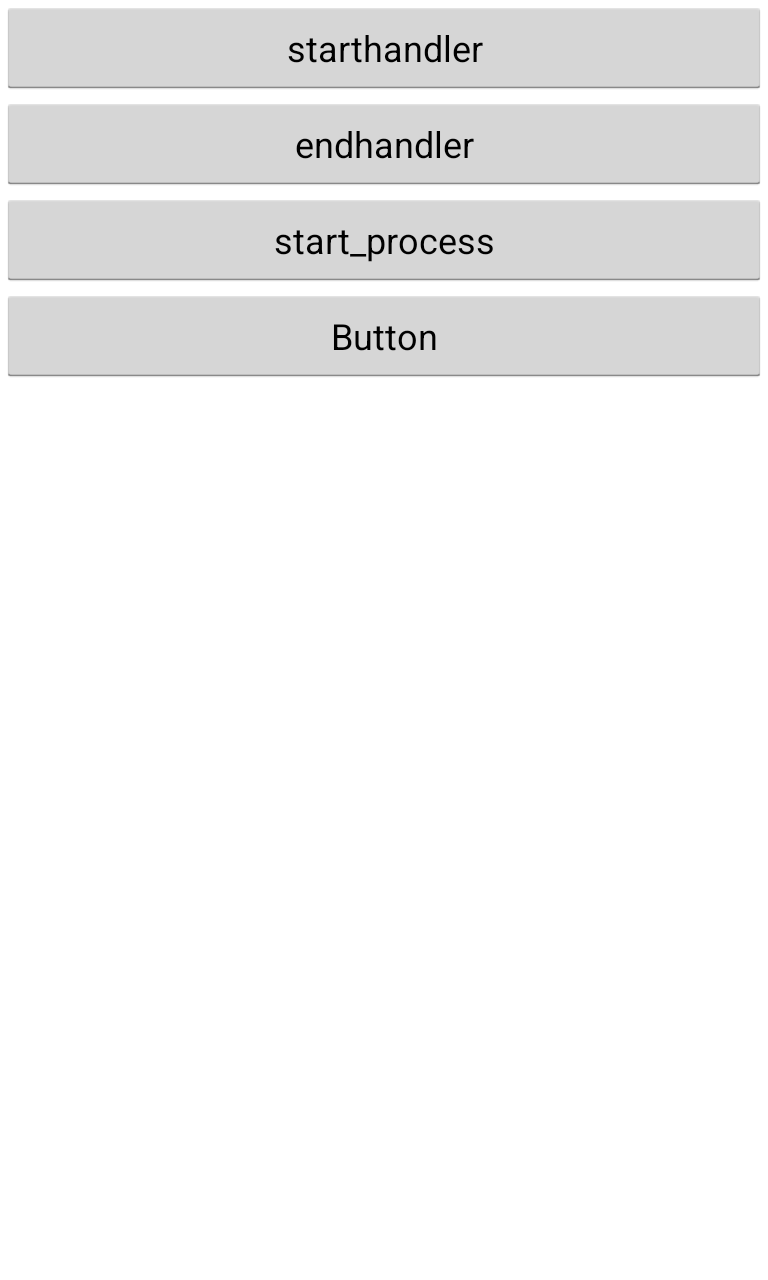
Repository: fengzixu/AndroidLearing
Layout: MyTestPrograme/AndroidDemo/res/layout/layout_newhandler.xml
The author's editor kept a copy of each file at every save. The layout is drawn from the files as they stood at one save, then again after the next save.
It is drawn on a 768 x 1280 px phone screen (xhdpi) without system bars, with theme AppTheme; the app's code is not run.

Above is the layout before, as saved 2015-05-27 13:45:37.

### MyTestPrograme/AndroidDemo/res/layout/layout_newhandler.xml
<?xml version="1.0" encoding="utf-8"?>
<LinearLayout xmlns:android="http://schemas.android.com/apk/res/android"
    android:layout_width="match_parent"
    android:layout_height="match_parent"
    android:orientation="vertical" >

    <Button
        android:id="@+id/start_handler_button1"
        android:layout_width="match_parent"
        android:layout_height="wrap_content"
        android:text="starthandler" />

    <Button
        android:id="@+id/start_handler_button2"
        android:layout_width="match_parent"
        android:layout_height="wrap_content"
        android:text="endhandler" />

    <ProgressBar
        android:id="@+id/start_process_progressBar1"
        style="?android:attr/progressBarStyleHorizontal"
        android:layout_width="match_parent"
        android:visibility="gone"
        android:layout_height="wrap_content" />

    <Button
        android:id="@+id/start_process_button1"
        android:layout_width="match_parent"
        android:layout_height="wrap_content"

        android:text="start_process" />

    <Button
        android:id="@+id/start_mutity_handler_button1"
        android:layout_width="match_parent"
        android:layout_height="wrap_content"
        android:text="Button" />

</LinearLayout>

Loaded but not shown: MyTestPrograme/AndroidDemo/res/values/styles.xml (common file); MyTestPrograme/AndroidDemo/res/values-v11/styles.xml (common file); MyTestPrograme/AndroidDemo/res/values-v14/styles.xml (common file)

After the next save:
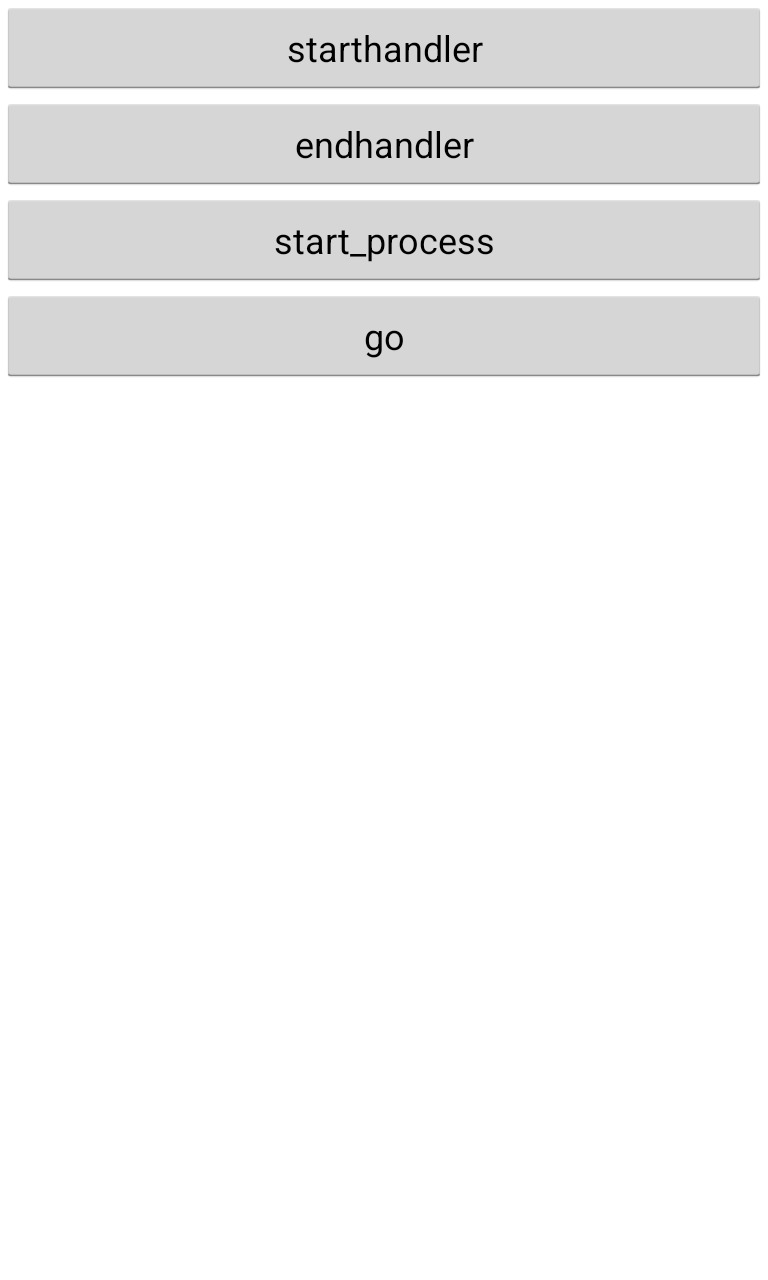
Saved 17 s later.
--- a/MyTestPrograme/AndroidDemo/res/layout/layout_newhandler.xml
+++ b/MyTestPrograme/AndroidDemo/res/layout/layout_newhandler.xml
@@ -34,6 +34,6 @@
         android:id="@+id/start_mutity_handler_button1"
         android:layout_width="match_parent"
         android:layout_height="wrap_content"
-        android:text="Button" />
+        android:text="go" />
 
 </LinearLayout>
